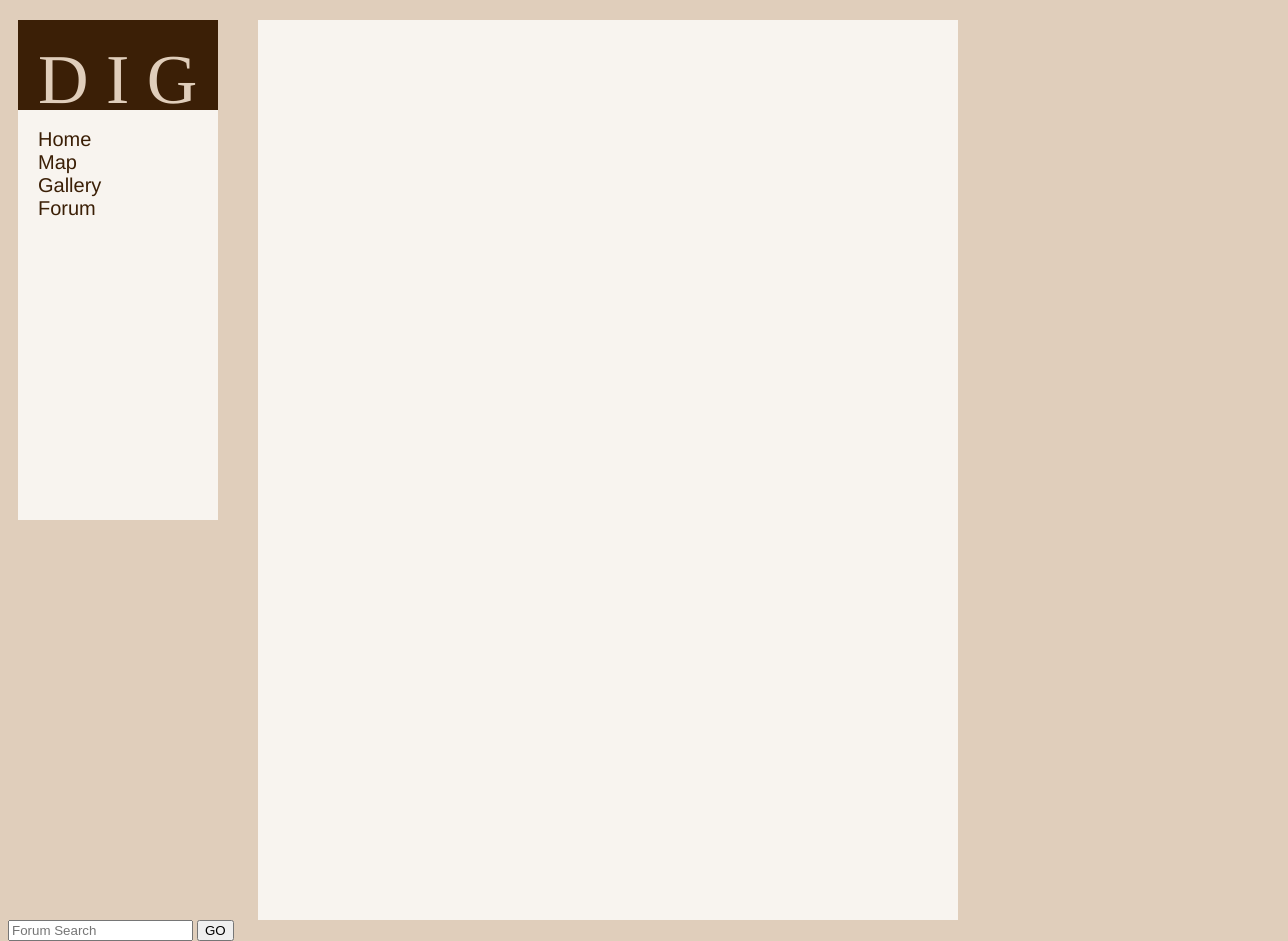
Repository: cbickhar/cbickhar.github.io
Page: catalog/forum.html
The author's editor kept a record of every edit. The page is drawn from the files as they stood at one moment, then again after the next edit.
The browser window is 1280 px wide. The page is 1288 px wide, so the pictures cover 1288 px, including what lies to the right of the window. The pictures show the whole page.

Above is the page before.

After the next edit:
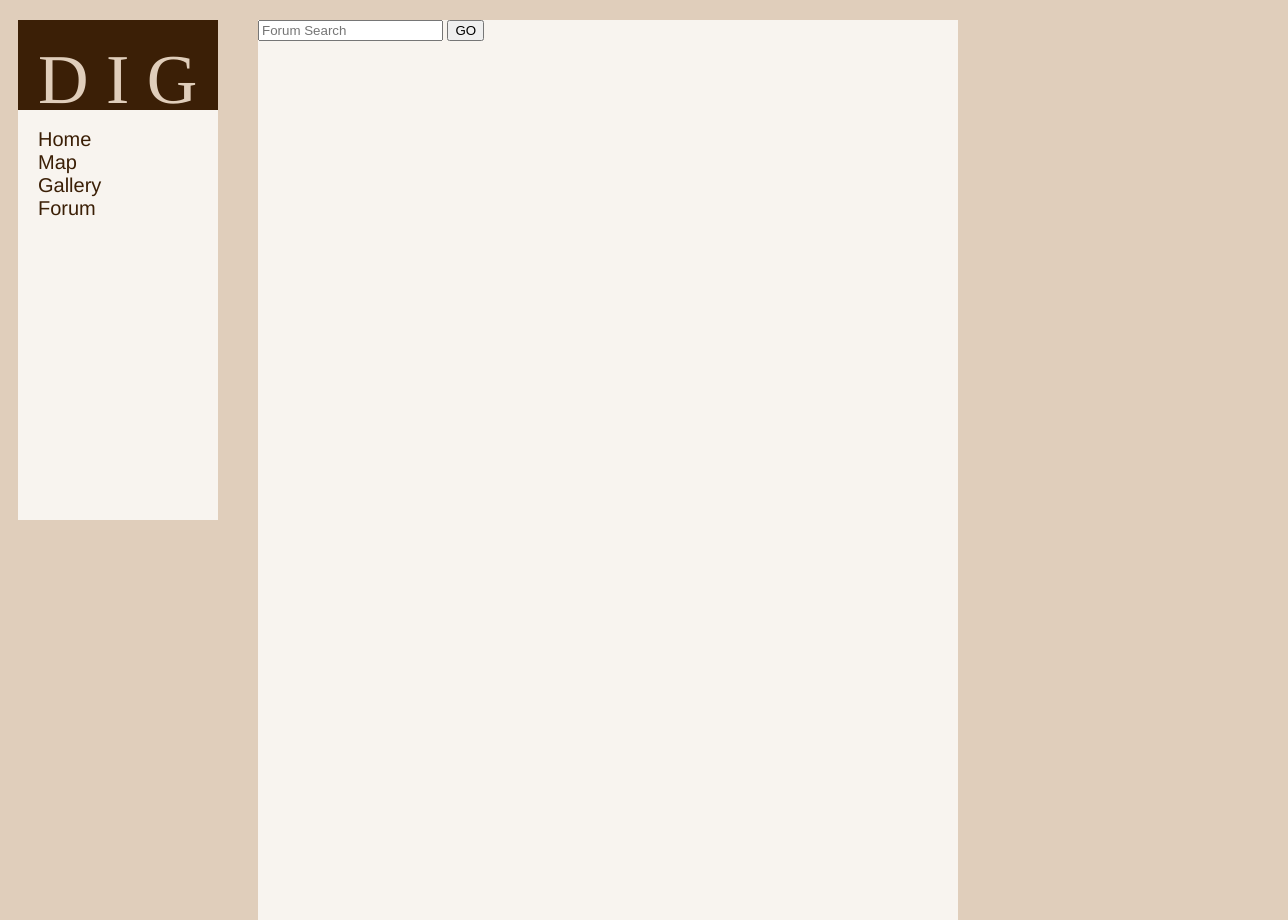
The edit:
--- a/catalog/forum.html
+++ b/catalog/forum.html
@@ -19,14 +19,14 @@
 
     <div class ="formcontentcontainer">
 
-
+        <form>
+        <input type="text" placeholder="Forum Search" required>
+        <input type="button" value="GO">
+</form>
     </div>
 
 
-<form>
-        <input type="text" placeholder="Forum Search" required>
-        <input type="button" value="GO">
-</form>
+
 
 
     </body>
